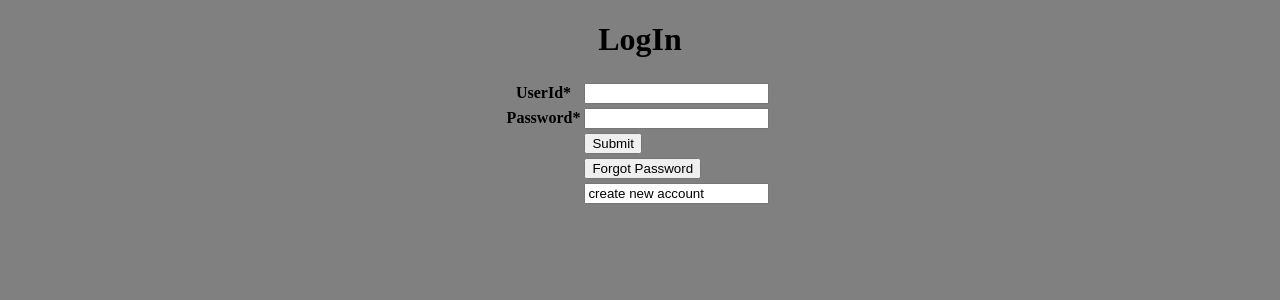
Repository: raviraj226/AdvanceJava
Page: http://localhost/Ravi_Maven/LoginWeb.jsp
These files come from the project's save history. The page is drawn as it stood at one moment and after the next save; the edit follows.
The browser window is 1280 px wide. The pictures show the whole page.
The page is served by Tomcat 9. Other server files are loaded and not shown.

Above is the page before, as saved 2022-03-16 07:27:54.

### Advance Java/Ravi_Maven/src/main/webapp/LoginWeb.jsp
<%@ page language="java" contentType="text/html; charset=ISO-8859-1"
	pageEncoding="ISO-8859-1"%>
<!DOCTYPE html>
<html>
<head>
<meta charset="ISO-8859-1">
<title>Insert title here</title>
</head>
<body bgcolor="grey">
	<form action="LoginCtl" method="post">
		<table align="center">


			<h1 align="center">LogIn</h1>
			<%
				String error = (String) request.getAttribute("error");
				if (error != null) {
			%>
			<center>
				<font color="maroon"><%=error%></font>
			</center>
			<%
				}
			%>

			<tr>
				<th>UserId*</th>
				<td><input type="text" name="user"></td>
				<td>
					<%
						String errorlogin = (String) request.getAttribute("errorlogin");
						if (errorlogin != null) {
					%>
					<center>
						<font color="maroon"><%=errorlogin%></font>
					</center> <%
 	}
 %>
				</td>
			</tr>


			<th>Password*</th>
			<td><input type="password" name="pwd"></td>
			<td>
				<%
					String s2 = (String) request.getAttribute("errorpass");
					if (s2 != null) {
				%>
				<center>
					<font color="maroon"><%=s2%></font>
				</center> <%
 	}
 %>
			</td>


			<tr>
				<th></th>
				<td><input type="Submit" name="op" value="Submit"></input></td>
			</tr>


			<tr>
				<th></th>
				<td><input type="submit" value="Forgot Password"></td>
			</tr>
			<tr>
				<th></th>
				<td><a href="RegistrationForm.jsp"><input
						type="new account" value="create new account"></a></td>
			</tr>

		</table>
	</form>
</body>
</html>

After the next save:
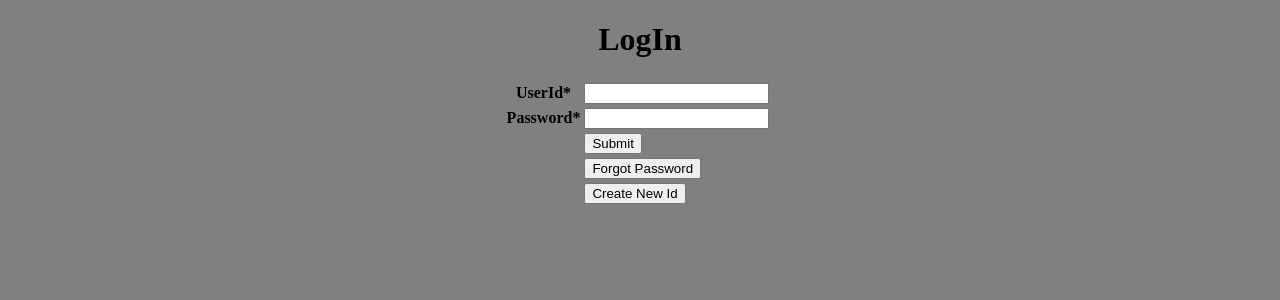
Saved 64 s later.
--- a/Advance Java/Ravi_Maven/src/main/webapp/LoginWeb.jsp
+++ b/Advance Java/Ravi_Maven/src/main/webapp/LoginWeb.jsp
@@ -68,7 +68,7 @@
 			<tr>
 				<th></th>
 				<td><a href="RegistrationForm.jsp"><input
-						type="new account" value="create new account"></a></td>
+						type="submit" value="Create New Id"></a></td>
 			</tr>
 
 		</table>
